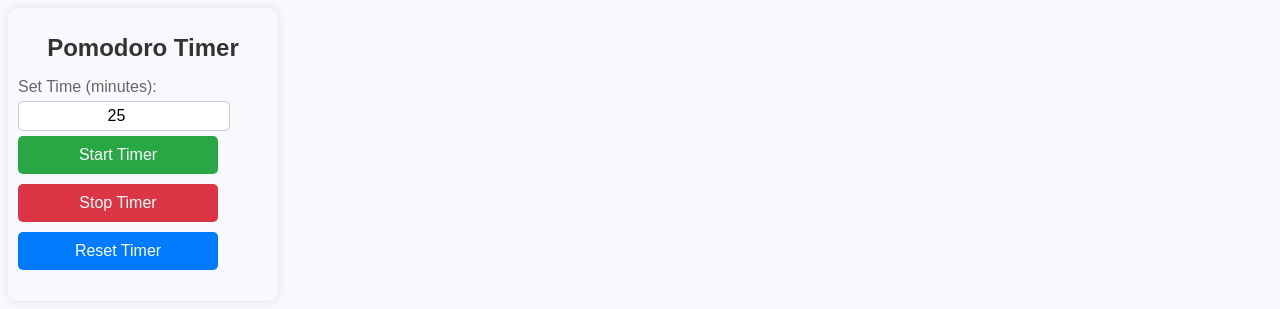
Repository: Prateek09102001/POMODORO-TIMER-UPDATEED-EXTENSIONS
Page: popup.html
These files come from the project's save history. The page is drawn as it stood at one moment and after the next save; the edit follows.
The browser window is 1280 px wide. The pictures show the whole page.

Above is the page before, as saved 2024-09-30 18:54:57.

### popup.html
<!DOCTYPE html>
<html lang="en">
<head>
    <meta charset="UTF-8">
    <meta name="viewport" content="width=device-width, initial-scale=1.0">
    <title>Pomodoro Timer</title>
    <link rel="stylesheet" href="style.css">
</head>
<body>
    <h1>Pomodoro Timer</h1>
    <label for="minutes">Set Time (minutes):</label>
    <input type="number" id="minutes" min="1" value="25">
    <button id="start">Start Timer</button>
    <button id="stop">Stop Timer</button>
    <button id="reset">Reset Timer</button>
    <p id="status"></p> <!-- To show the timer status -->

    <script src="popup.js"></script>
</body>
</html>

### style.css
body {
    font-family: 'Arial', sans-serif;
    padding: 10px;
    background-color: #f7f9fc;
    border-radius: 10px;
    box-shadow: 0 0 10px rgba(0, 0, 0, 0.1);
    width: 250px;
}

h1 {
    font-size: 1.5em;
    text-align: center;
    color: #333;
}

label {
    display: block;
    margin: 10px 0 5px;
    color: #666;
}

input[type="number"] {
    width: 80%;
    padding: 5px;
    border-radius: 5px;
    border: 1px solid #ccc;
    text-align: center;
    font-size: 1em;
}

button {
    width: 80%;
    padding: 10px;
    margin: 5px auto;
    border: none;
    border-radius: 5px;
    color: #fff;
    font-size: 1em;
    cursor: pointer;
    transition: background-color 0.3s, transform 0.2s;
}

#start {
    background-color: #28a745;
    /* Green */
}

#stop {
    background-color: #dc3545;
    /* Red */
}

#reset {
    background-color: #007bff;
    /* Blue */
}

button:hover {
    transform: scale(1.05);
}

#status {
    margin-top: 10px;
    text-align: center;
    color: #333;
    font-weight: bold;
}

### popup.js
document.getElementById('start').addEventListener('click', () => {
    const minutes = parseInt(document.getElementById('minutes').value);
    if (isNaN(minutes) || minutes <= 0) {
        alert("Please enter a valid number of minutes.");
        return;
    }
    const seconds = minutes * 60; // Convert to seconds
    chrome.storage.local.set({ timerDuration: seconds }, () => {
        chrome.runtime.sendMessage({ action: "startTimer" });
        document.getElementById('status').innerText = "Timer started for " + minutes + " minutes.";
        window.close(); // Close the popup
    });
});

document.getElementById('stop').addEventListener('click', () => {
    chrome.runtime.sendMessage({ action: "stopTimer" });
    document.getElementById('status').innerText = "Timer stopped.";
    window.close(); // Close the popup
});

document.getElementById('reset').addEventListener('click', () => {
    chrome.runtime.sendMessage({ action: "resetTimer" });
    document.getElementById('status').innerText = "Timer reset.";
    window.close(); // Close the popup
});

After the next save:
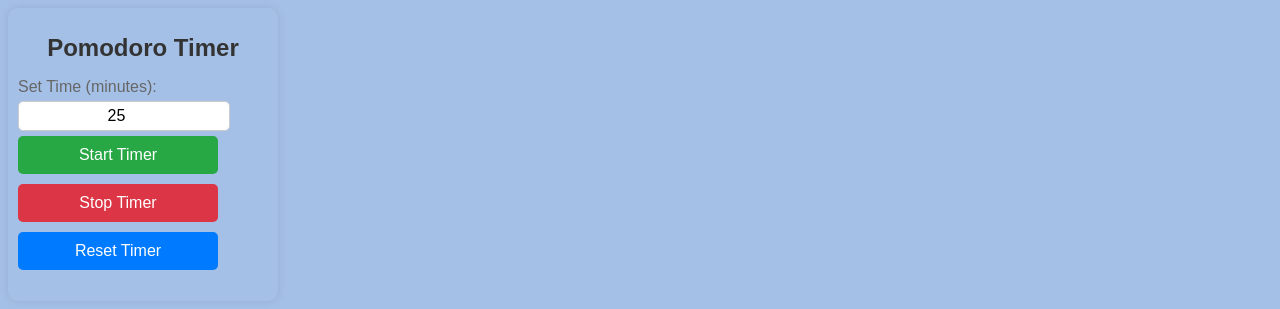
Saved 83 s later.
--- a/style.css
+++ b/style.css
@@ -1,7 +1,7 @@
 body {
     font-family: 'Arial', sans-serif;
     padding: 10px;
-    background-color: #f7f9fc;
+    background-color: #a5c0e7;
     border-radius: 10px;
     box-shadow: 0 0 10px rgba(0, 0, 0, 0.1);
     width: 250px;
